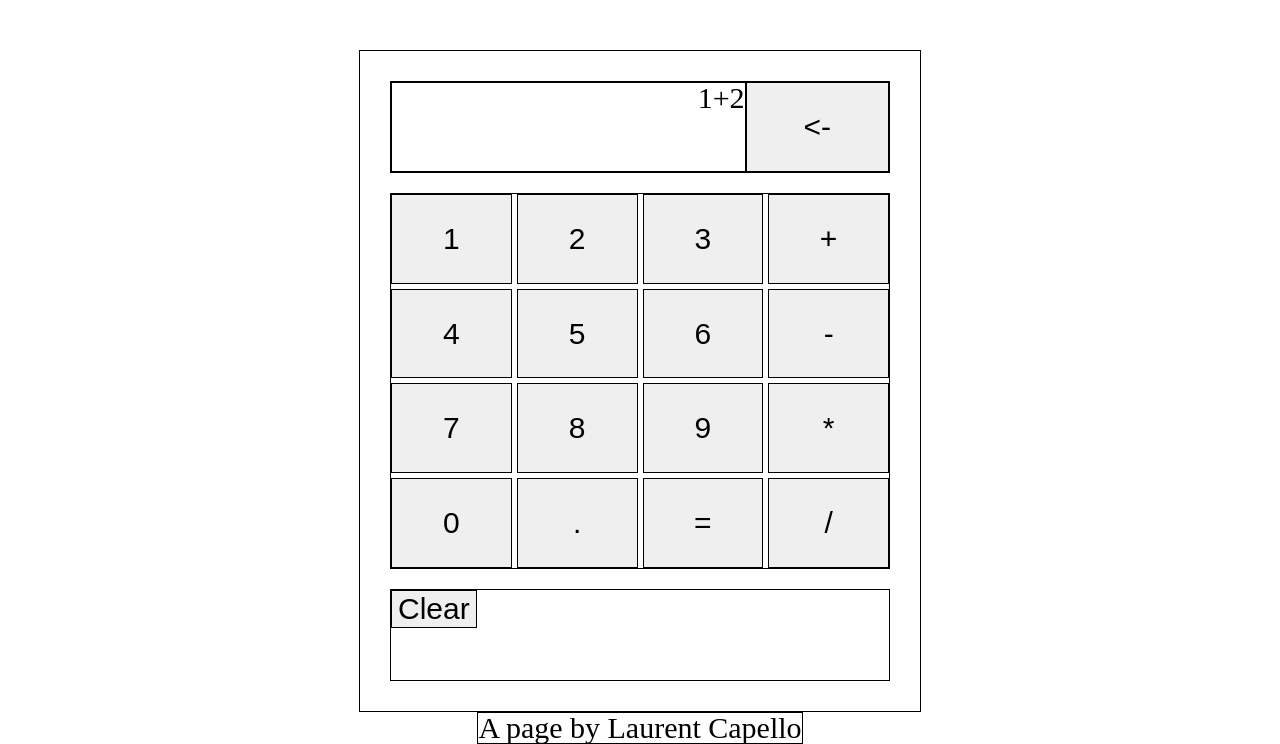
Repository: sokafootball/js-calculator
Page: index.html
The author's editor kept a copy of each file at every save. The page is drawn from the files as they stood at one save, then again after the next save.
The browser window is 1280 px wide. The pictures show the whole page.

Above is the page before, as saved 2020-04-25 11:11:57.

### index.html
<html>
<head>
  <link rel="stylesheet" type="text/css" href="reset.css">
  <link rel="stylesheet" type="text/css" href="style.css">
  <link rel="stylesheet" type="text/css" href="wireframe.css">
</head>
<body>
<main id="main">
  <div id="calculator">
    <div id="calc-top">
      <div id="display">1+2</div>
      <button id="backspace" class="button"><-</button>
    </div>
    <div id="calc-mid">
      <button class="button">1</button>
      <button class="button">2</button>
      <button class="button">3</button>
      <button class="button">+</button>
      <button class="button">4</button>
      <button class="button">5</button>
      <button class="button">6</button>
      <button class="button">-</button>
      <button class="button">7</button>
      <button class="button">8</button>
      <button class="button">9</button>
      <button class="button">*</button>
      <button class="button">0</button>
      <button class="button">.</button>
      <button class="button">=</button>
      <button class="button">/</button>
    </div>
    <div id="calc-bottom">
      <button class="button">Clear</button>
    </div>
  </div>
</main>
<footer>
  <p>A page by <span id="signature">Laurent Capello</span></p>
</footer>
<script type="text/javascript" src="script.js"></script>
</body>
</html>

### style.css
:root{
  --font-size: 30px;
}

body{
  align-items: center;
  display: flex;
  flex-direction: column;
  font-size: var(--font-size)
}

#backspace{
  flex-grow: 1;
}

#calculator{
  display: flex;
  flex-direction: column;
  height: 600px;
  justify-content: space-between;
  margin-top: 50px;
  padding: 30px;
  width: 500px;
}

#calc-bottom{
  flex-grow: 1;
}

#calc-mid{
  column-gap: 5px;
  display: grid;
  flex-grow: 4;
  grid-template-columns: repeat(4, 1fr);
  grid-template-rows: repeat(4, 1fr);
  margin: 20px 0px;
  row-gap: 5px;
}

#calc-top{
  display: flex;
  justify-content: space-between;
  flex-grow: 1;
}

#display{
  flex-grow: 3;
  text-align: right;
  vertical-align: middle;
}

.button{
  font-size: var(--font-size)
}

### wireframe.css
button, div, p {
  border: 1px solid black;
}

Loaded but not shown: reset.css (common file); script.js (no copy from this time; the picture is the same without it)

After the next save:
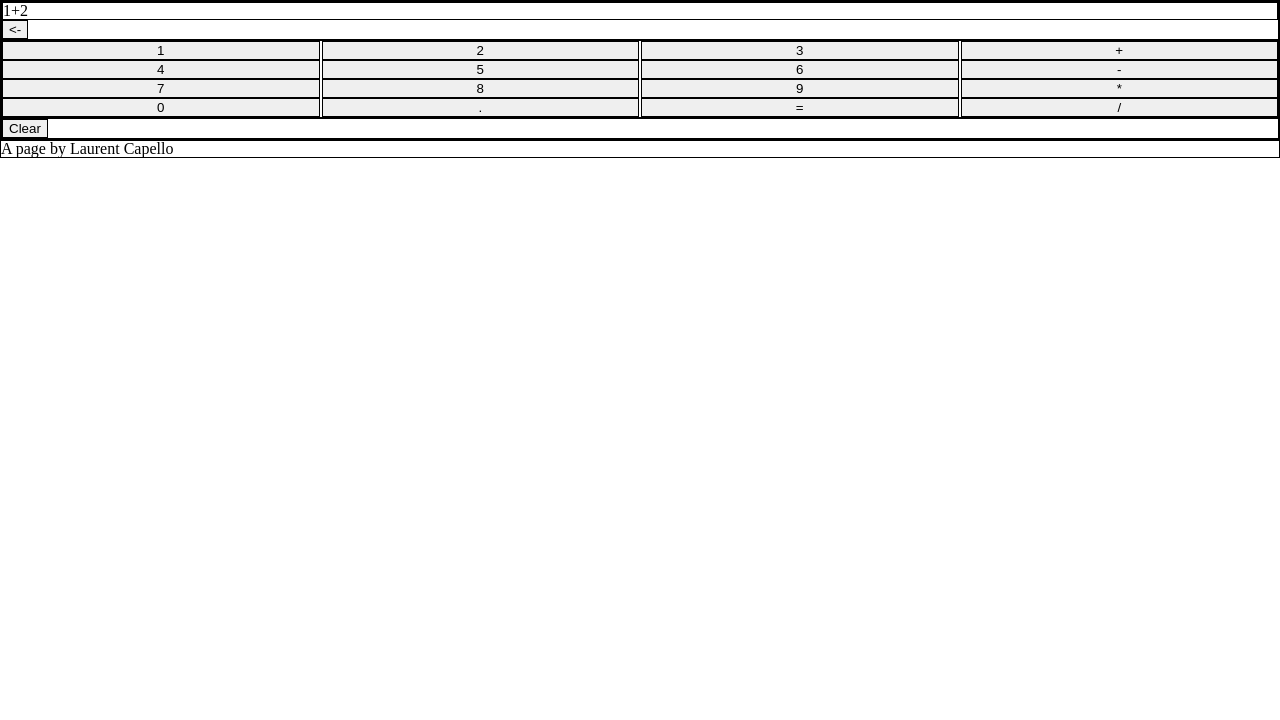
Saved 56 s later.
--- a/style.css
+++ b/style.css
@@ -1,54 +1,6 @@
-:root{
-  --font-size: 30px;
+#calc-mid{
+  column-gap: 2px;
+  display: grid;
+  grid-template-columns: repeat(4, 1fr);
+  grid-template-rows: repeat(4, 1fr)
 }
-
-body{
-  align-items: center;
-  display: flex;
-  flex-direction: column;
-  font-size: var(--font-size)
-}
-
-#backspace{
-  flex-grow: 1;
-}
-
-#calculator{
-  display: flex;
-  flex-direction: column;
-  height: 600px;
-  justify-content: space-between;
-  margin-top: 50px;
-  padding: 30px;
-  width: 500px;
-}
-
-#calc-bottom{
-  flex-grow: 1;
-}
-
-#calc-mid{
-  column-gap: 5px;
-  display: grid;
-  flex-grow: 4;
-  grid-template-columns: repeat(4, 1fr);
-  grid-template-rows: repeat(4, 1fr);
-  margin: 20px 0px;
-  row-gap: 5px;
-}
-
-#calc-top{
-  display: flex;
-  justify-content: space-between;
-  flex-grow: 1;
-}
-
-#display{
-  flex-grow: 3;
-  text-align: right;
-  vertical-align: middle;
-}
-
-.button{
-  font-size: var(--font-size)
-}
